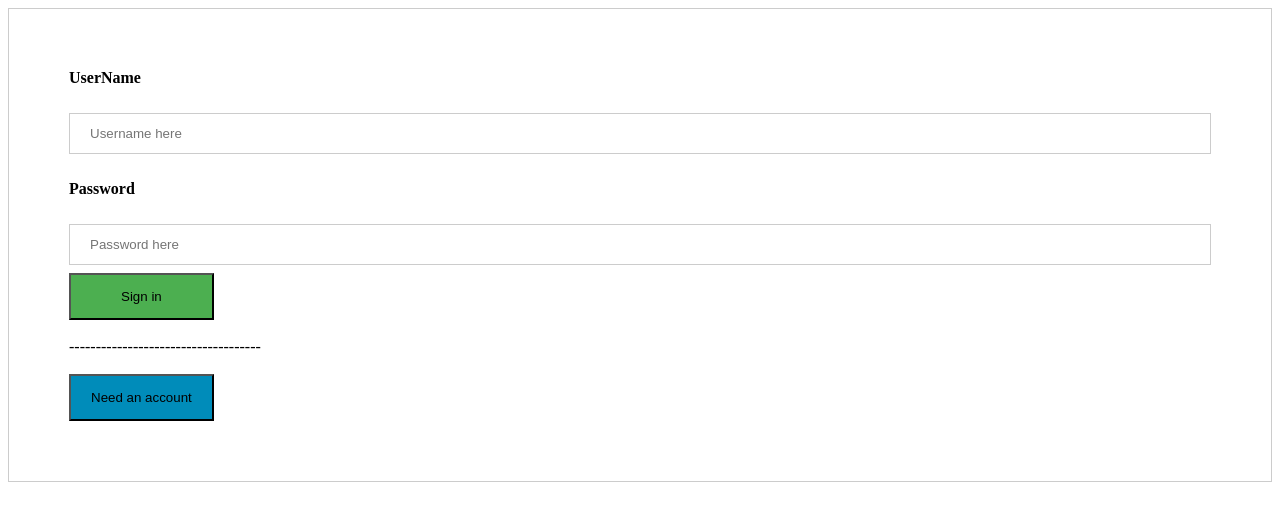
Repository: hamshini/demopro
Page: wippro/Application/WebContent/signin.html
The author's editor kept a copy of each file at every save. The page is drawn from the files as they stood at one save, then again after the next save.
The browser window is 1280 px wide. The pictures show the whole page.

Above is the page before, as saved 2018-01-06 05:56:20.

### wippro/Application/WebContent/signin.html
<!DOCTYPE html>
<html>
<head>
<meta charset="ISO-8859-1">
<title>Insert title here</title>
</head>
<style>
input[type=text], input[type=password] {
    width: 100%;
    padding: 12px 20px;
    margin: 8px 0;
    display: inline-block;
    border: 1px solid #ccc;
    box-sizing: border-box;
}

.needacc {
	padding: 14px 20px;
	background-color: #008CBA;
}
.container {
    padding: 60px;
}

.signinbtn {
	padding: 14px 50px;
	background-color: #4CAF50;
}
</style>
<body>
	<form action="/action_page.php" style="border:1px solid #ccc">
	 <div class="container">
		<div class="form-group">
			<label><b>UserName</b></label><br>
			<br>
			<input type="text"
				placeholder="Username here" class="form-control" name="user"
				required><br>
				<br>
				 <label><b>Password</b></label> <br>
				<br>
			<input type="password" placeholder="Password here" class="form-control"
				name="pwd" required> <br>
		</div>
		<div class="clearfix">
			<button type="button" class="signinbtn">Sign in</button>

		</div>
		<br>------------------------------------</br> <br>
		<div class="clearfix">
			<button type="button" class="needacc">Need an account</button>

		</div>
		</div>
	</form>
</body>
</html>

After the next save:
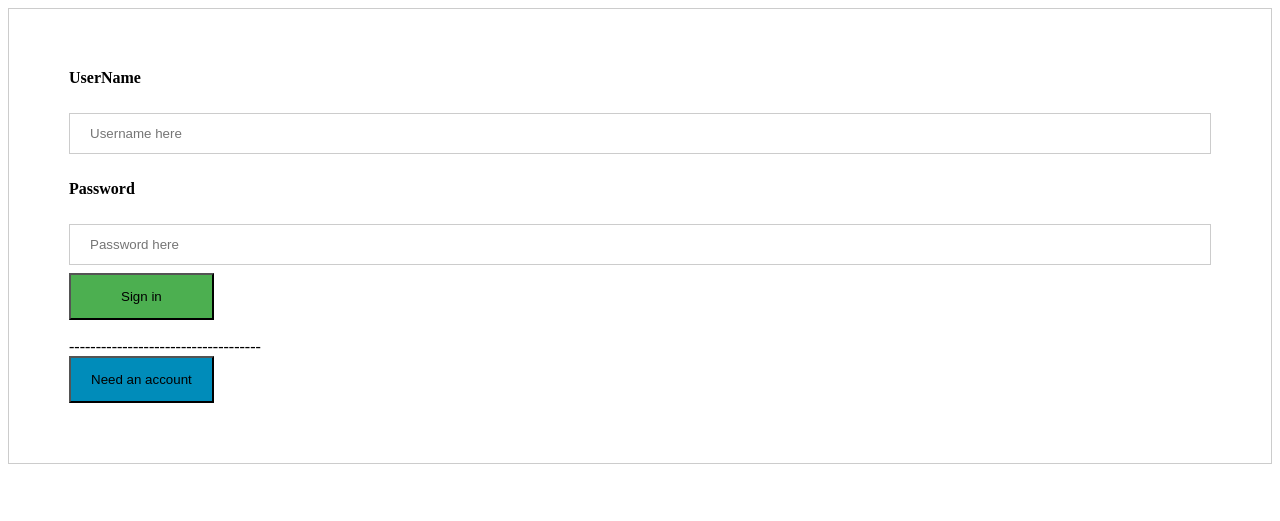
Saved 2 min 17 s later.
--- a/wippro/Application/WebContent/signin.html
+++ b/wippro/Application/WebContent/signin.html
@@ -46,7 +46,7 @@ input[type=text], input[type=password] {
 			<button type="button" class="signinbtn">Sign in</button>
 
 		</div>
-		<br>------------------------------------</br> <br>
+		<br>------------------------------------</br>
 		<div class="clearfix">
 			<button type="button" class="needacc">Need an account</button>
 
